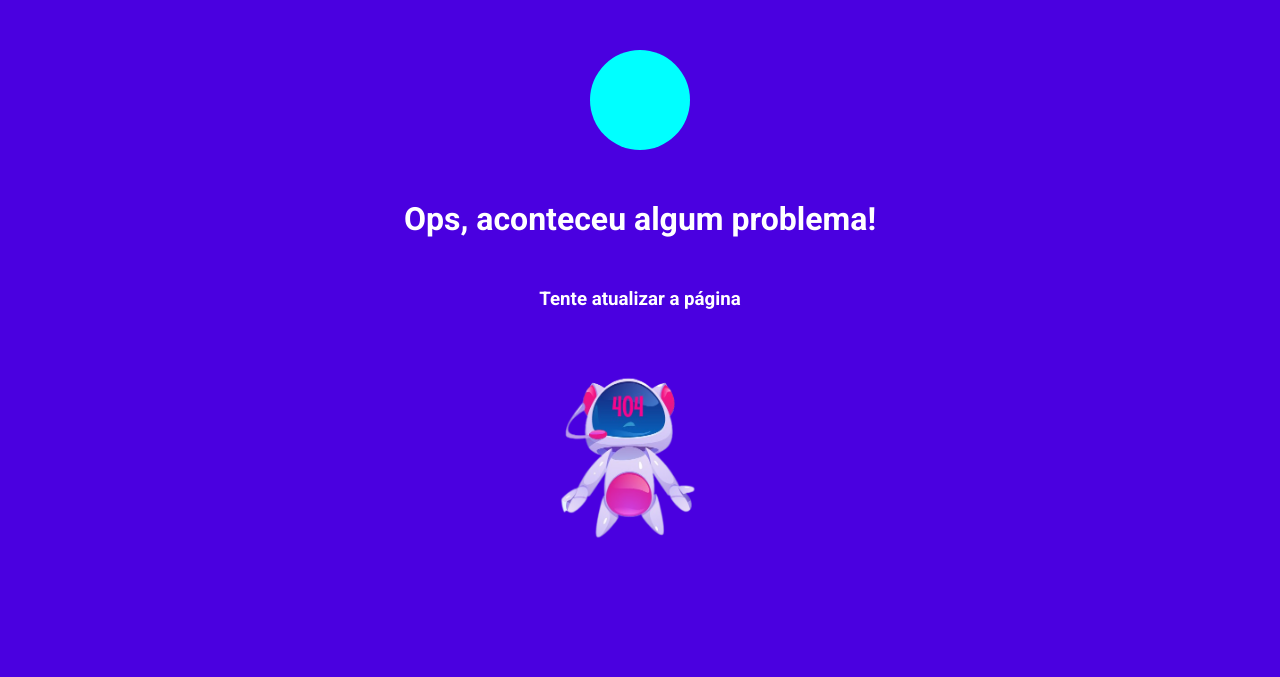
Repository: pettinelli1202/Ana-VirtualAssistant
Page: html/error-page.html
The author's editor kept a copy of each file at every save. The page is drawn from the files as they stood at one save, then again after the next save.
The browser window is 1280 px wide. The pictures show the whole page.
Some web fonts or font styles are not loaded; a fallback is used.

Above is the page before, as saved 2023-05-11 21:59:47.

### html/error-page.html
<!DOCTYPE html>
<html lang="pt-BR">

<head>
    <meta charset="UTF-8">
    <meta http-equiv="X-UA-Compatible" content="IE=edge">
    <meta name="viewport" content="width=device-width, initial-scale=1.0">
    <link rel="stylesheet" href="../css/error-page-style.css">
    <title>Erro 404</title>
</head>

<body>
    <div class="circle-one"></div>
    <div class="circle-two"></div>
    <div class="circle-three"></div>
    <div class="circle-four"></div>

    <h1>Ops, aconteceu algum problema!</h1>
    <h3>Tente atualizar a página</h3>

    <img id="ana-image-error" src="../media/ana3-removebg-erro.png" alt="" width="200px">

</body>

</html>

### css/error-page-style.css
@import url('https://fonts.googleapis.com/css2?family=Bruno+Ace&display=swap');
@import url('https://fonts.googleapis.com/css2?family=Roboto:wght@100;400;700;900&display=swap');

* {
    box-sizing: border-box;
    margin: 0;
    padding: 0;
}

body {
    font-family: 'Roboto', sans-serif;
    background-color: #4a00e0;
}

h1,
h3 {
    margin-top: 50px;
    text-align: center;
    color: white;
}

#ana-image-error {
    display: block;
    margin: auto;
    animation: floating 3s ease-in-out infinite
}

@keyframes floating {
    0% { transform: translate(0,  0px); }
    50%  { transform: translate(0, 15px); }
    100%   { transform: translate(0, -0px); }
}

.circle-one{
    display: fixed;
    margin: auto;
    margin-top: 50px;
    background-color: aqua;
    width: 100px;
    height: 100px;
    border-radius: 50%;
}

After the next save:
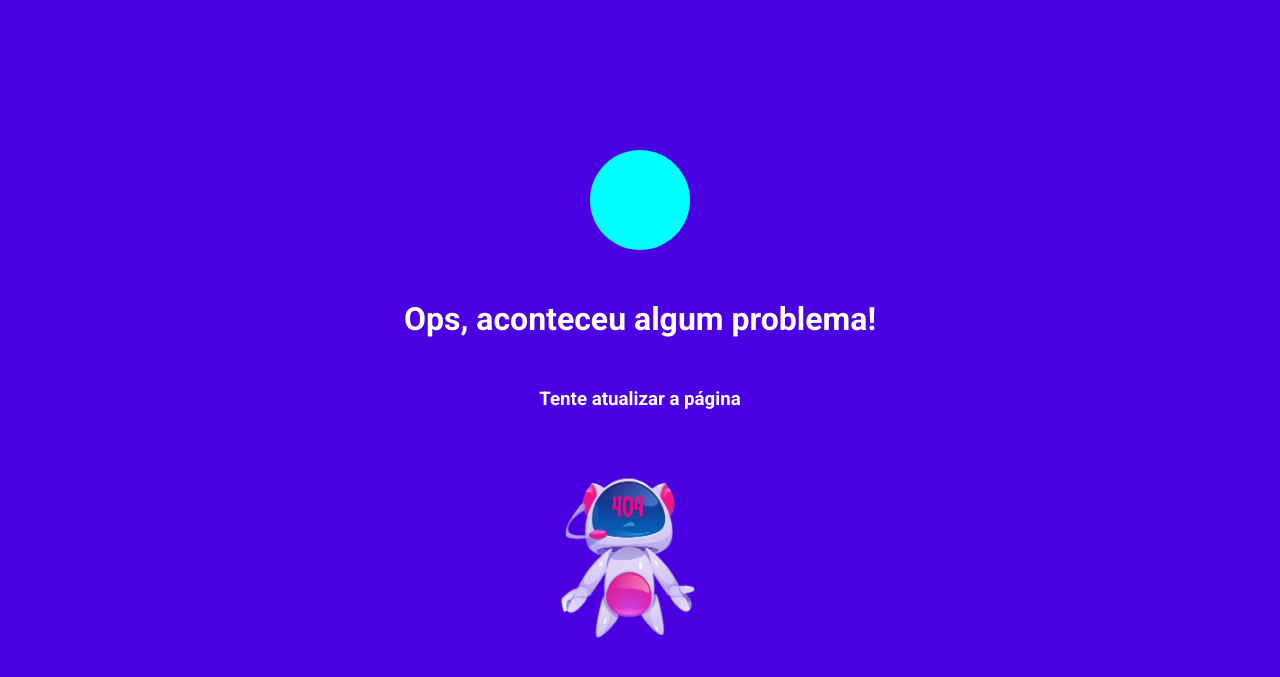
Saved 6 s later.
--- a/css/error-page-style.css
+++ b/css/error-page-style.css
@@ -34,7 +34,7 @@ h3 {
 .circle-one{
     display: fixed;
     margin: auto;
-    margin-top: 50px;
+    margin-top: 150px;
     background-color: aqua;
     width: 100px;
     height: 100px;
